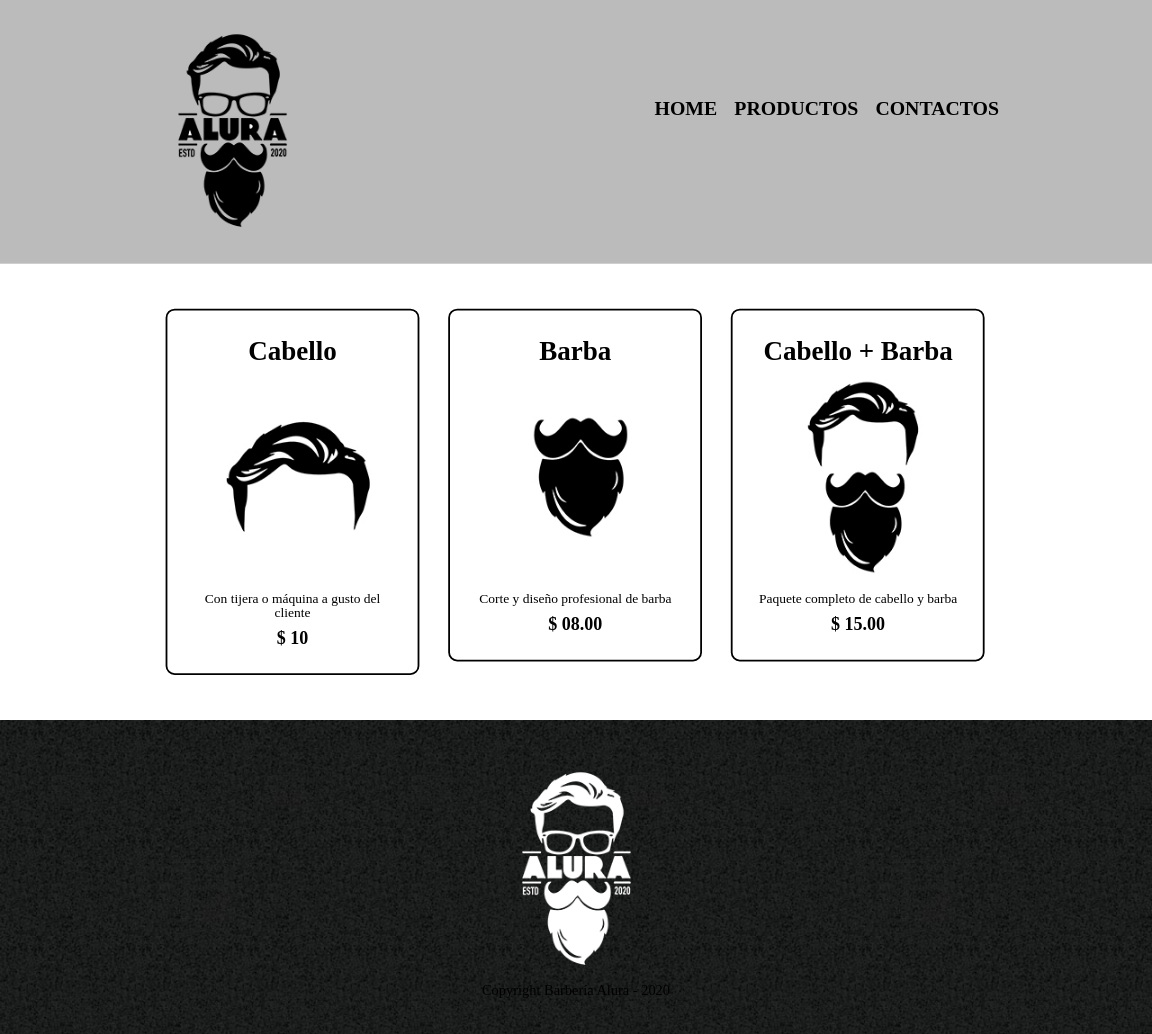
Repository: Ciromontes/Barber-a
Page: productos.html
The author's editor kept a copy of each file at every save. The page is drawn from the files as they stood at one save, then again after the next save.
The browser window is 1280 px wide. The pictures show the whole page, at 90% of full size.

Above is the page before, as saved 2022-12-23 22:31:11.

### productos.html
<!DOCTYPE html>
<html>
    <head>
        <meta http-equiv="Content-Type" content="text/html;charset=UTF-8">
        <title>Productos - Barbería Alura</title>
        <link rel="stylesheet" href="reset.css">
        <link rel="stylesheet" href="productos.css">
    </head>

    <body>
        <header>
            <div class="caja">
                <h1><img src="logos/logo.png"></h1>
            <nav>
                <ul>
                    <li><a href="index.html">Home</a></li>
                    <li><a href="productos.html">Productos</a></li>
                    <li><a href="Contacto.html">Contactos</a></li>

                </ul>

            </nav>

            </div>

        </header>
        <main>
            <ul class="productos">
                <li>
                    <h2>Cabello</h2>
                    <img src="logos/cabello.jpg" alt="">
                    <p class="producto-descripcion">Con tijera o máquina a gusto del cliente</p>
                    <p class="producto-precio">$ 10</p>

                </li>
                <li>
                    <h2>Barba</h2>
                    <img src="logos/barba.jpg" alt="">
                    <p class="producto-descripcion">Corte y diseño profesional de barba</p>
                    <p class="producto-precio">$ 08.00</p>

                </li>
                <li>
                    <h2>Cabello + Barba</h2>
                    <img src="logos/cabello+barba.jpg" alt="">
                    <p class="producto-descripcion">Paquete completo de cabello y barba</p>
                    <p class="producto-precio">$ 15.00</p>

                </li>
            </ul>



        </main>
        <footer><img src="logos/logo-blanco.png" alt="">
        <p class="copyright">Copyright Barbería Alura - 2020</p>
        </footer>

    </body>
</html>

### productos.css
header{
    background-color: #BBBBBB;
}
.caja{
    width: 940px;
    position: relative;
    margin: 0 auto;
    padding: 20px 0;
}

nav li{
    display:inline;
    margin: 0 0 0 15px;

}
nav{
    position: absolute;
    top: 110px;
    right: 0;
}

nav a{
    text-transform: uppercase;
    color:#000000;
    font-weight: bold;
    font-size: 22px;
    text-decoration: navajowhite;


}

nav a:hover{
    color: #c78c19;
    text-decoration: underline;

}

.productos{
    width: 940px;
    margin: 0 auto;
    padding: 50px;
}

.productos li{
    display: inline-block;
    width: 30%;
    vertical-align: top;
    text-align: center;
    margin:0 1.5%;
    padding: 30px 20px;
    box-sizing: border-box;
    border: 2px solid #000000;
    border-radius: 10px;


}
.productos li:hover{
    border-color: #c78c19;
    font-size: 33px;

}
.productos li:hover h2{

    font-size: 33px;

}

.productos li:active{
    border-color:  #088c19;
}

.productos h2{
    text-align: center;
    font-size: 30px;
    font-weight: bold;
}

.producto-descripcion{
    font-size: 15px;

}
.producto-precio{
    font-size: 20px;
    font-weight: bold;
    margin-top: 10px;
}

footer{
text-align: center;
background: url(logos/bg.jpg);
padding: 40px;
}

Loaded but not shown: reset.css (common file)

After the next save:
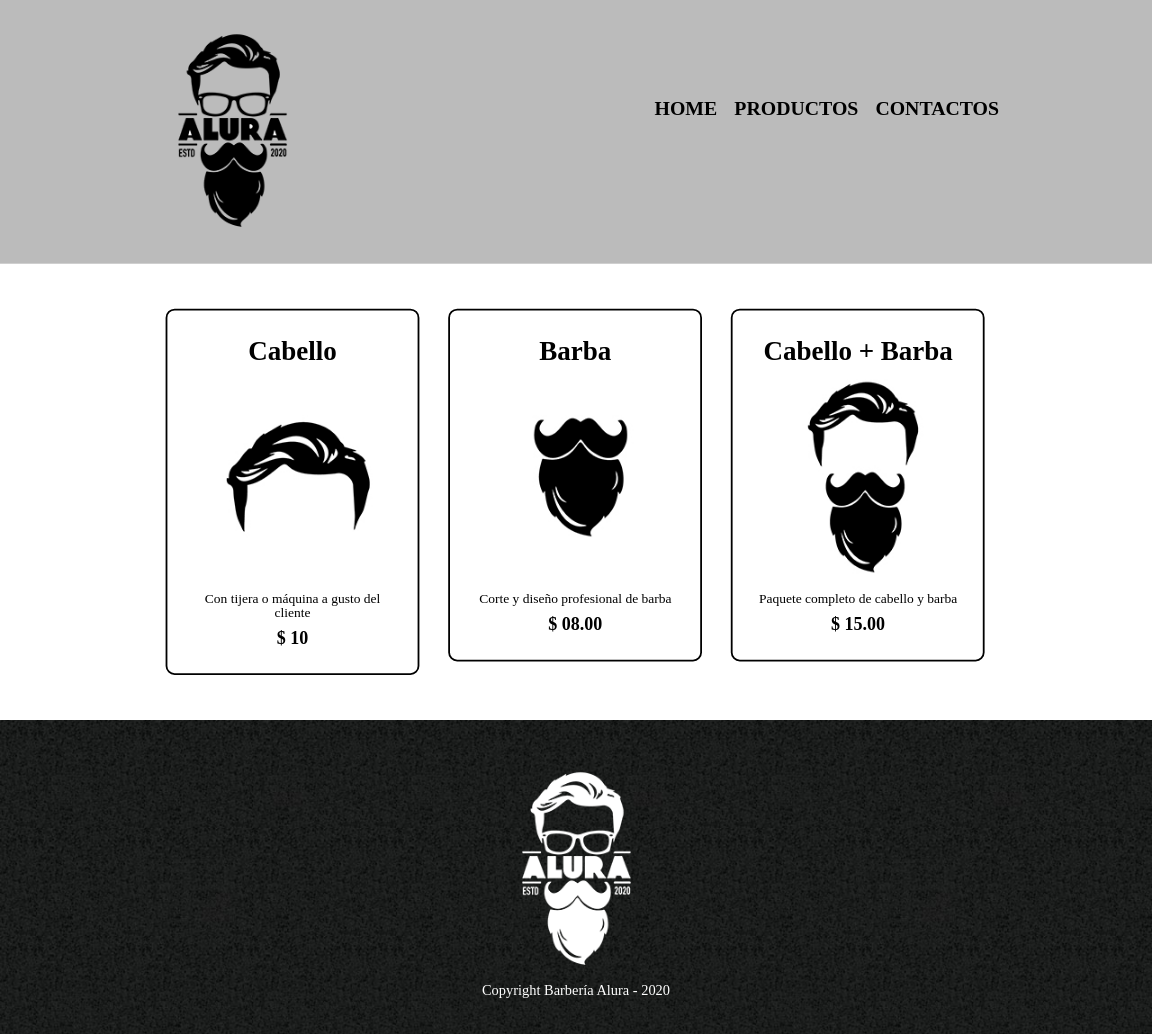
Saved 45 s later.
--- a/productos.css
+++ b/productos.css
@@ -90,3 +90,7 @@
 background: url(logos/bg.jpg);
 padding: 40px;
 }
+
+.copyright{
+   color: #ffffff;
+}
